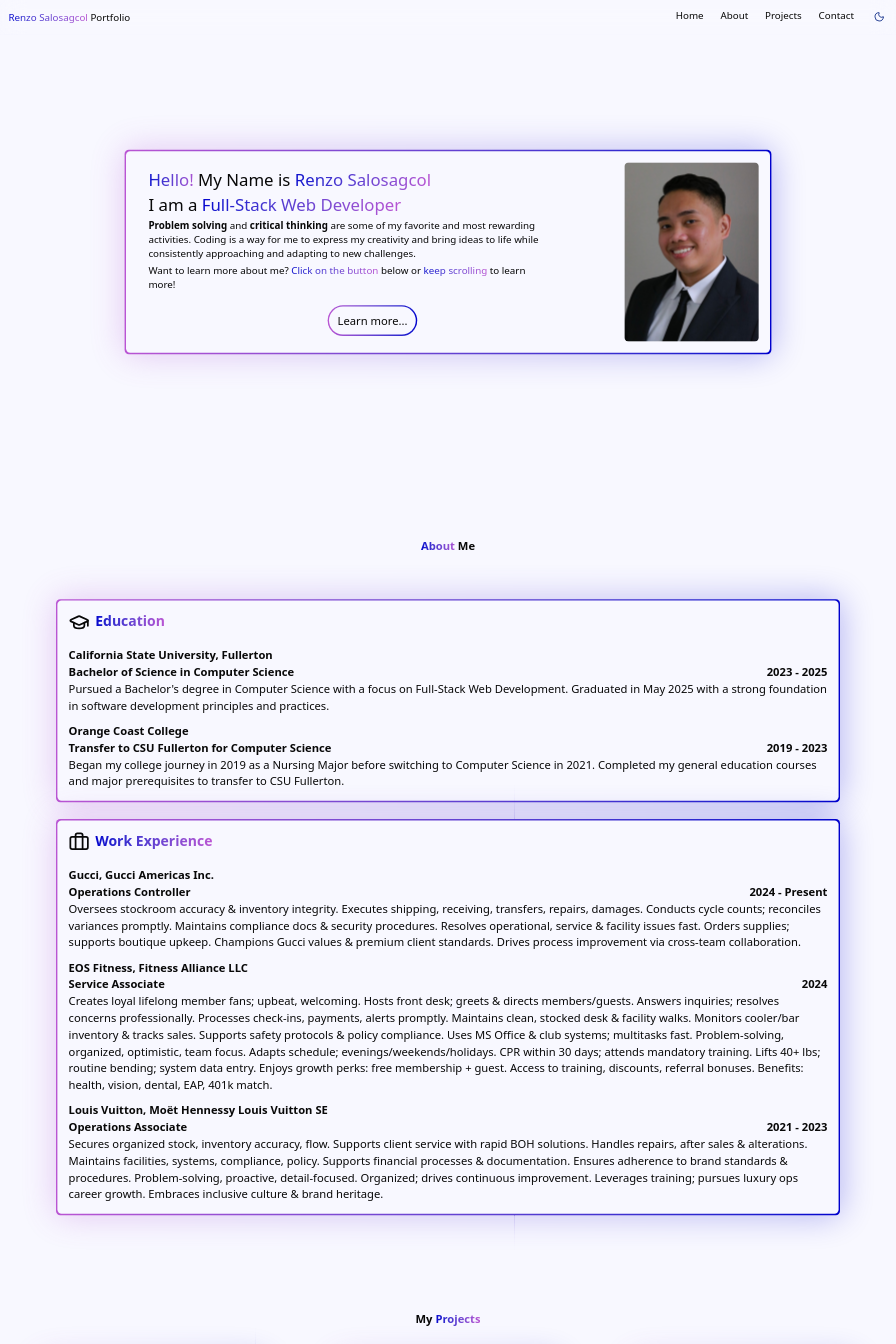
Repository: Renzo-Salosagcol/Updated_Personal_Portfolio
Page: /
The author's editor kept a copy of each file at every save. The page is drawn from the files as they stood at one save, then again after the next save.
The browser window is 1280 px wide. The pictures show the part of the page from y = 0 to 1920 px (the page is 7510 px tall), at 70% of full size.
The project was rebuilt for these pictures with package versions that can differ from the ones it lists, and the page was loaded fresh each time. Also part of the build but not shown: vite.config.js, src/pages/NotFound.jsx.

Above is the page before, as saved 2025-11-21 13:26:23.

After the next save:
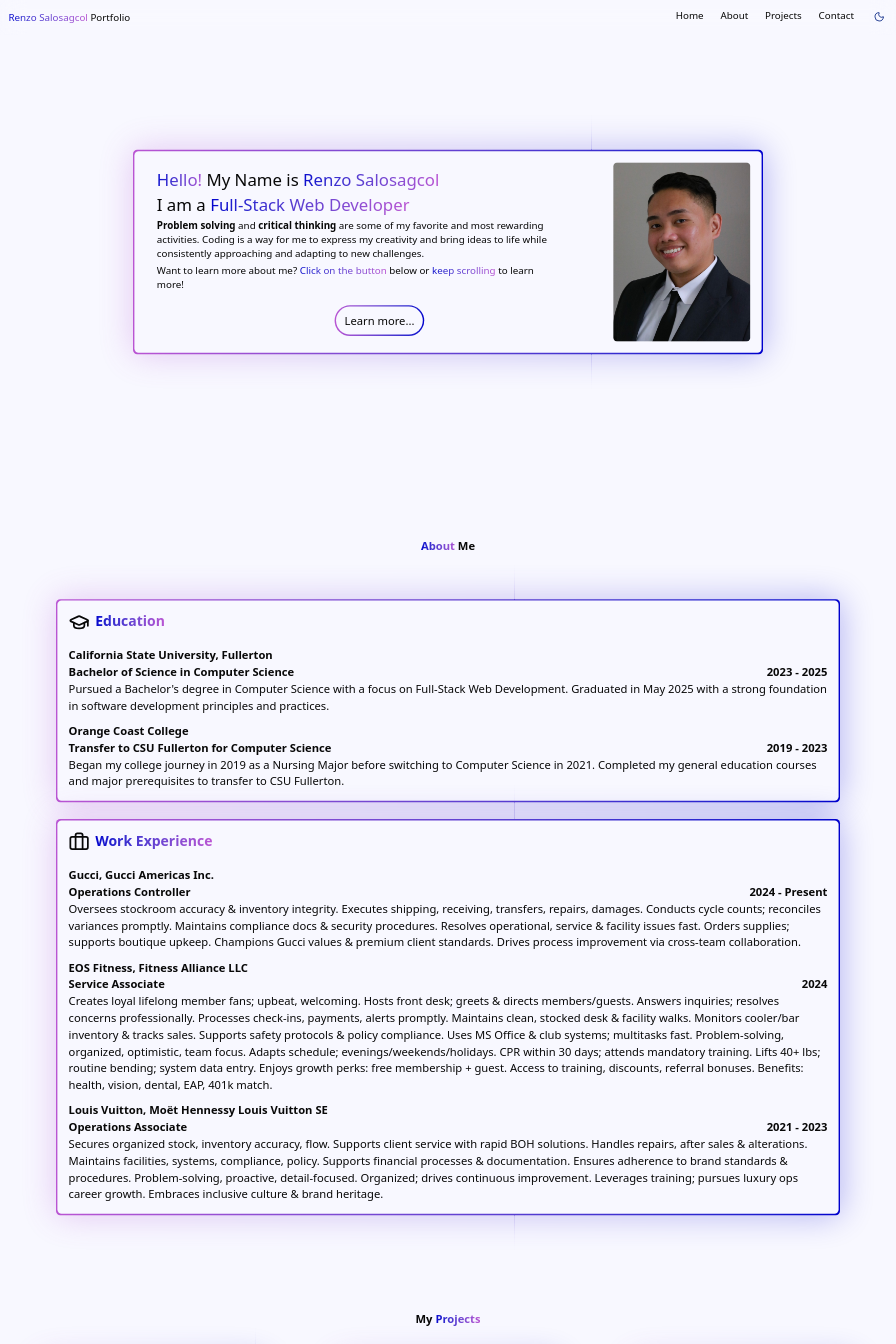
Saved 75 s later.
--- a/src/components/Hero.jsx
+++ b/src/components/Hero.jsx
@@ -3,7 +3,7 @@ export const Hero = () => {
   return (
     <main className="relative min-h-screen flex items-center justify-center max-w-10/12 rounded-md container z-0">
       <div className="gradient-card opacity-0 animate-fade-in">
-        <div className="gradient-card-inner flex flex-cols md:flex-rows items-center gap-6 rounded-md bg-background">
+        <div className="gradient-card-inner flex flex-cols md:flex-rows items-center rounded-md bg-background">
           <div className="container flex flex-col gap-1">
             <h1 className="text-lg md:text-xl lg:text-2xl">
               <span className="gradient-text">Hello! </span>
